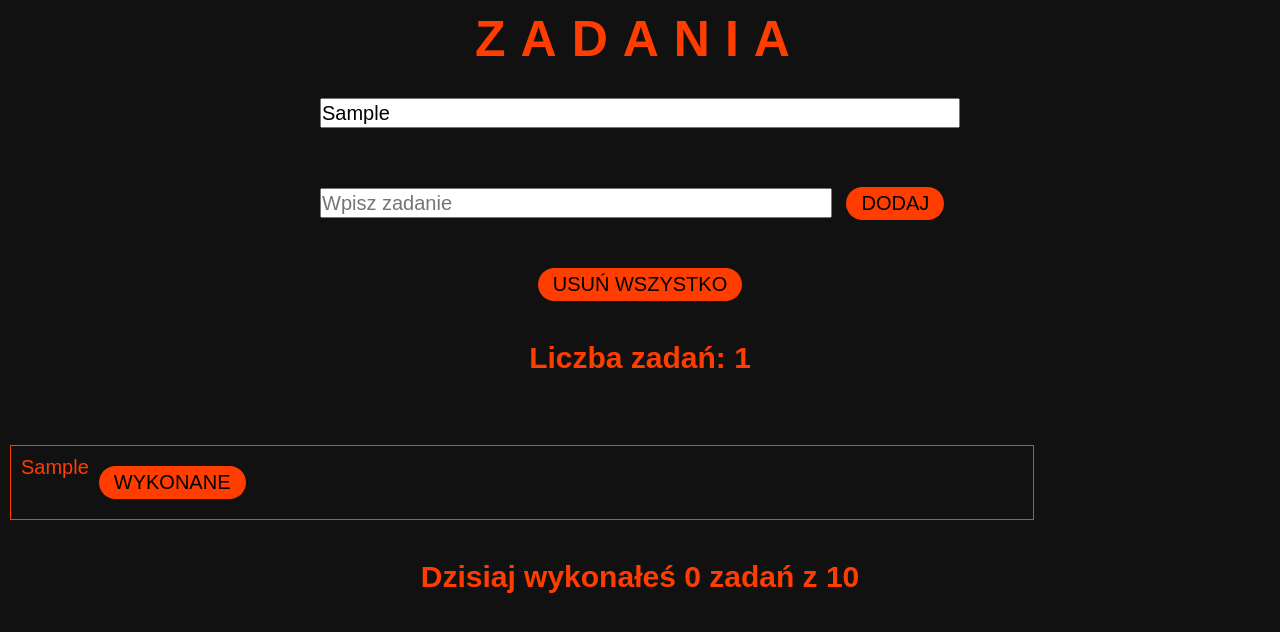
Repository: RobertDsr/To-Do-List
Page: index.html
These files come from the project's save history. The page is drawn as it stood at one moment and after a run of saves; the edit follows.
The browser window is 1280 px wide. The pictures show the whole page.
Empty fields were first filled with sample values (such as "Sample", 5 or name@example.com).
After loading, the first visible `form.add-task` was submitted once.
The style sheet was rebuilt from its Sass, Less or Tailwind sources for each picture, by a compiler version that may differ from the author's.

Above is the page before, as saved 2022-01-14 14:14:37.

### index.html
<!DOCTYPE html>
<html lang="en">

<head>
    <meta charset="UTF-8">
    <meta http-equiv="X-UA-Compatible" content="IE=edge">
    <meta name="viewport" content="width=device-width, initial-scale=1.0">
    <title>To Do List</title>
    <link rel="stylesheet" href="css/style.min.css">
</head>

<body>
    <section class="main-wrapper">
        <h1 class="title">ZADANIA</h1>
        <input class="search" type="text" placeholder="Wpisz szukane słowo">
        <form class="add-task" action="">
            <input class="add-task__input" type="text" placeholder="Wpisz zadanie">
            <button class="btn btn--small">DODAJ</button>
        </form>
        <button class="btn btn--large">USUŃ WSZYSTKO</button>
        <h2 class="title-count-task">Liczba zadań: <span class="count-task">0</span></h2>
            <ul class="list">

            </ul>
        <h2 class="title-count-task">Dzisiaj wykonałeś <span class="count-task">0</span> zadań z <span
                class="count-task">10</span></h2>
    </section>

    <script src="/js/main.js"></script>
</body>

</html>

### js/main.js

const toDoList = [];

const input = document.querySelector('.search');
const ul = document.querySelector('.list');
const liElements = document.getElementsByClassName('list__item');
const form = document.querySelector('.add-task');
const taskNumber = document.querySelector('.count-task');
const inputAddTask = document.querySelector('.add-task__input');
const li = document.querySelectorAll('.list__item');

// Wyszukiwarka
const searchTask = (e) => {
    const searchTekst = e.target.value.toLowerCase();
    let tasks = [...liElements];
    tasks = tasks.filter(li => li.textContent.toLowerCase().includes(searchTekst));
    ul.textContent = "";
    tasks.forEach(li => ul.appendChild(li));
}

input.addEventListener('input', searchTask);

// Usuwanie elementów z listy
const removeTask = (e) => {
    e.target.parentNode.remove();
    const index = e.target.parentNode.dataset.key;
    // console.log(index);
    // document.querySelector(`li[data-key="${index}"]`).remove();
    // document.querySelector(`button[data-key="${index}"]`).remove();

    toDoList.splice(index, 1);

    renderList();

    taskNumber.textContent = liElements.length;
}




// Dodawanie elementów listy

const addTask = (e) => {
    e.preventDefault();
    const titleTask = inputAddTask.value;
    if(titleTask === "") return;
    const taskElements = document.createElement('li');
    taskElements.className = 'list__item';
    taskElements.innerHTML = titleTask + '<button class="btn btn--medium">WYKONANE</button>';
    toDoList.push(taskElements);
    ul.textContent = "";
    renderList();
    ul.appendChild(taskElements);

    inputAddTask.value = "";

    taskNumber.textContent = liElements.length;

    taskElements.querySelector('.btn--medium ').addEventListener('click', removeTask);
}

const renderList = () => {
    toDoList.forEach(( toDoElement, key) => {
        toDoElement.dataset.key = key;
        ul.appendChild(toDoElement);
    })
}

form.addEventListener('submit', addTask);

### sass/style.scss
@import "variables";
@import "reset";
@import "base";
@import "main";

### sass/_variables.scss
:root {
    --bg-main-color: rgb(17, 17, 17);
    --font-main-color: rgb(255, 61, 0);
    --btn-bg-color: rgb(255, 61, 0);
}

### sass/_base.scss
body {
    background-color: var(--bg-main-color);
    font-family: Arial, Helvetica, sans-serif;
    color: var(--font-main-color);
}

button {
    background-color: var(--btn-bg-color);
    border: none;
    margin: 10px;
    padding: 5px 15px;
    border-radius: 2em;
    font-size: 20px;
    cursor: pointer;
}

### sass/_main.scss
.main-wrapper {
    display: flex;
    flex-direction: column;
}

.title {
    margin: 10px;
    text-align: center;
    font-size: 50px;
    letter-spacing: 0.3em;
}

.search {
    margin: 20px auto;
    min-height: 30px;
    min-width: 50%;
    font-size: 20px;
}

.add-task {
    margin: 20px auto;
    min-width: 50%;
}

.add-task__input {
    margin: 20px auto;
    min-height: 30px;
    min-width: 80%;
    font-size: 20px;
}

.btn--large {
    margin: 10px auto;
}

.btn--medium {
    align-self: flex-end;
}

.title-count-task {
    margin: 30px 30px 60px;
    text-align: center;
    font-size: 30px;
}

.list {
    display: flex;
    flex-wrap: wrap;
}

.list__item {
    display: flex;
    flex-basis: 80%;
    font-size: 20px;
    margin: 10px;
    padding: 10px;
    border: 1px solid ;
}

Loaded but not shown: sass/_reset.scss (common file)

After the next 3 saves:
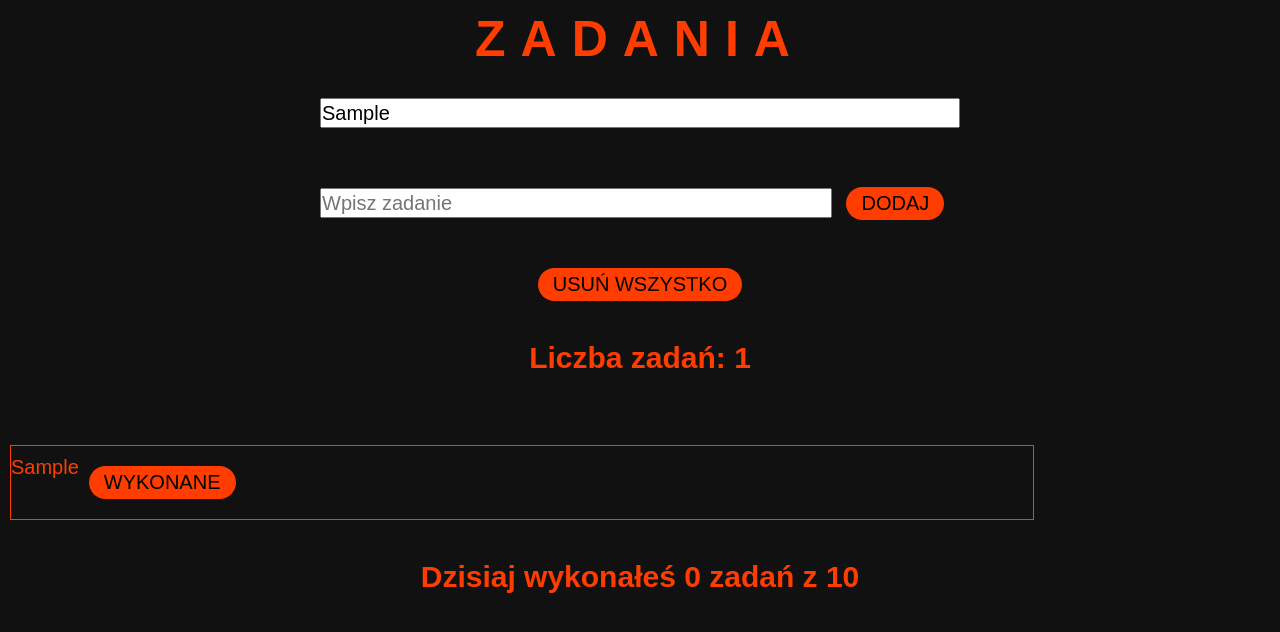
The 3 saves are shown as one change because they came seconds apart.
The last was saved 86 s later.
--- a/sass/_main.scss
+++ b/sass/_main.scss
@@ -53,6 +53,6 @@
     flex-basis: 80%;
     font-size: 20px;
     margin: 10px;
-    padding: 10px;
+    padding: 10px 0 ;
     border: 1px solid ;
 }
